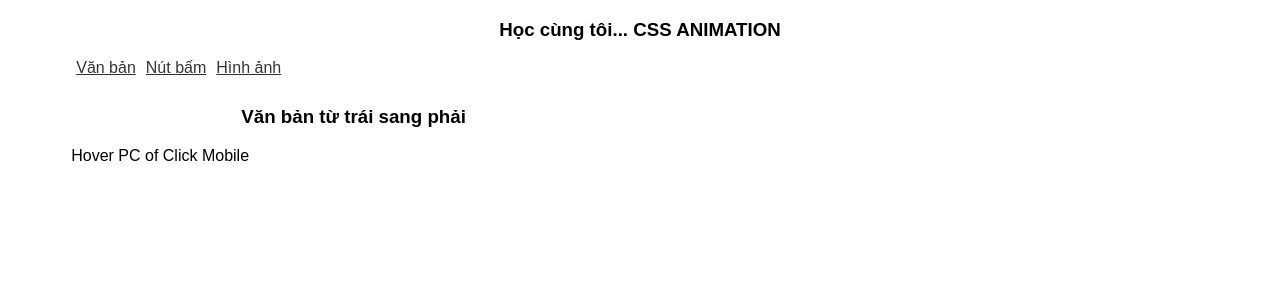
Repository: phuchoa2001/cssanimationNextjs
Page: /
These files come from the project's save history. The page is drawn as it stood at one moment and after the next save; the edit follows.
The browser window is 1280 px wide. The pictures show the whole page.
The project was rebuilt for these pictures with package versions that can differ from the ones it lists, and the page was loaded fresh each time. The framework's server and built-in components were replaced by stand-ins that run in the browser. Also part of the build but not shown: next.config.js.

Above is the page before, as saved 2022-09-14 18:10:37.

### pages/index.js
import Link from "next/link";

import Item from "../components/Item/Item";

export default function Home({ products }) {
  return (
    <div className="App" id="app">
      <div className='wrapper' >
        <h3 className='text'>Học cùng tôi... CSS ANIMATION</h3>
        <div className='listLink'>
          <a href="#text" className='link'>Văn bản</a>
          <a href="#button" className='link'>Nút bấm</a>
          <a href="#image" className='link'>Hình ảnh</a>
        </div>
        <div className="list">
          <Item />
        </div>
      </div>
    </div>
  );
}

/**
 * Get all of the posts and pass it as the "posts" prop
 */
// export async function getStaticProps() {
//   const res = await fetch("https://6321206282f8687273ad17ab.mockapi.io/test/products");
//   const products = await res.json();
//   return { props: { products } };
// }

### styles/globals.css
html {
  scroll-behavior: smooth;
}
body {
  font-family: sans-serif;
}
.wrapper {
  width: 90%;
  margin: 0 auto;
}
.list {
  display: grid;
  grid-template-columns: repeat(2, 1fr);
  gap: 8px;
}
.components {
  border: 1px solid #333;
  height: 300px;
}
.text {
  text-align: center;
}
.listLink {
  margin: 10px 0px;
}
.link {
  color: #333;
  margin: 0px 5px;
}
@media only screen and (max-width: 1023px) {
  .list {
    grid-template-columns: repeat(1, 1fr);
    gap: 8px;
  }
}

### components/Item/Item.jsx
import React from "react";
import styled from "styled-components";

const ItemStyles = styled.div`
  .title {
    text-align: center;
  }
`;

function Item() {
  return (
    <ItemStyles>
      <h3 className="title">Văn bản từ trái sang phải</h3>
      <p className="note">Hover PC of Click Mobile</p>
    </ItemStyles>
  );
}

export default Item;

Loaded but not shown: pages/_app.js (common file)

After the next save:
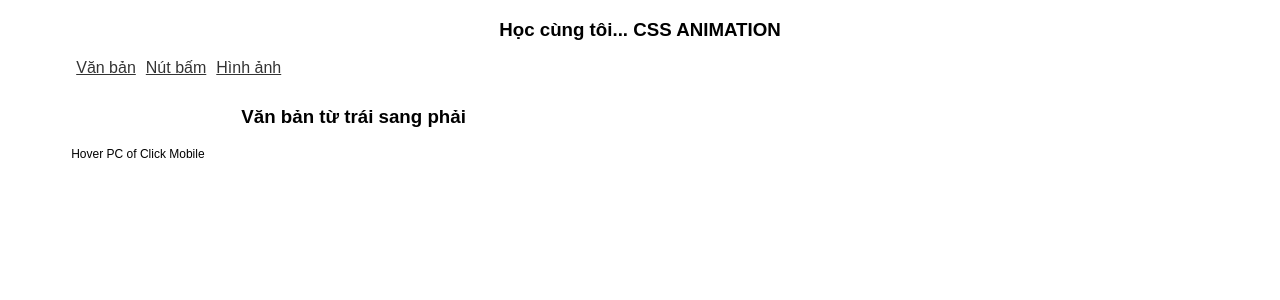
Saved 10 s later.
--- a/components/Item/Item.jsx
+++ b/components/Item/Item.jsx
@@ -4,6 +4,9 @@ import styled from "styled-components";
 const ItemStyles = styled.div`
   .title {
     text-align: center;
+  }
+  .note {
+    font-size: 12px;
   }
 `;
 
